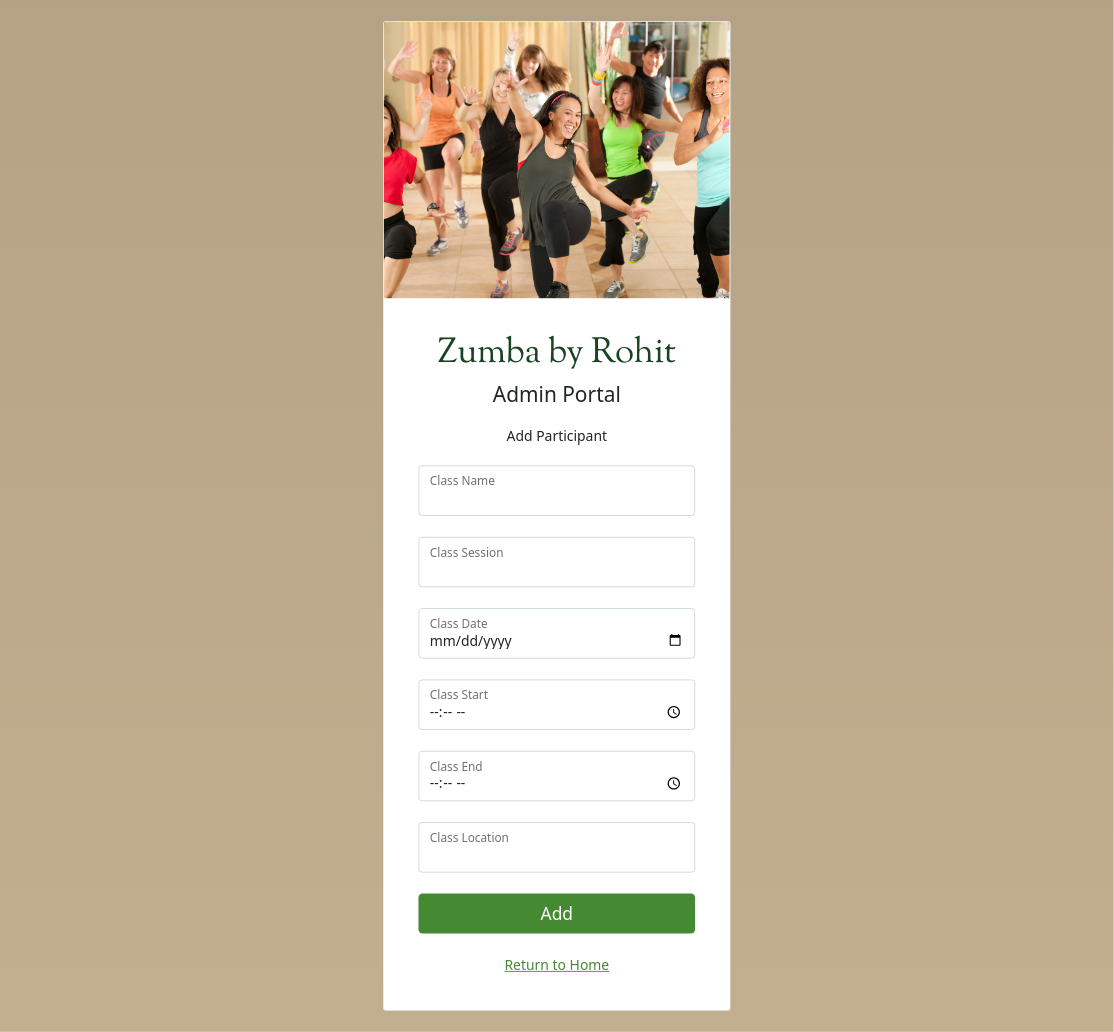
Repository: ronetteguevara/CalTech-ZumbaApp
Page: ZumbaApp/ZumbaApp/src/main/webapp/add-class.html
An editor plug-in stored every save of this project. The page is shown before and after the next save, followed by the edit.
The browser window is 1280 px wide. The pictures show the whole page, at 87% of full size.

Above is the page before, as saved 2024-05-01 01:02:56.

### ZumbaApp/ZumbaApp/src/main/webapp/add-class.html
<!DOCTYPE html>
<html>
<head>
<meta charset="UTF-8">
<title>Add Class</title>
<link rel="stylesheet" href="css/bootstrap.css"></link>
<link rel="stylesheet" href="style.css"></link>
</head>
<body class="gradient-background">

	<div class="my-4 d-flex justify-content-center col-xl-12 col-lg-12 col-md-12 col-sm-12 col-12" data-new-gr-c-s-check-loaded="14.1169.0" data-gr-ext-installed="">
	<main class="form-signin d-flex justify-content-center">
	<form action="   " method="post">
		<div class="card" style="width: 25rem;">
			<img src="assets/Add_Class.png" class="card-img-top" alt="Rohit smiling">
		<div class="card-body text-center">
			<h1 class="mt-4 mb-2 fw-normal text-center">Zumba by Rohit</h1>
			<h4 class="mb-4 fw-normal text-center">Admin Portal</h4>
			<h6 class="mb-4 fw-normal text-center">Add Participant</h6>
			<div class="form-floating mx-4 my-4">
				<input type="text" name="txtClassName" class="form-control">
				<label for="floatingInput">Class Name</label>
			</div>

			<div class="form-floating mx-4 my-4">
				<input type="text" name="txtSession" class="form-control">
				<label for="floatingPassword">Class Session</label>
			</div>

			<div class="form-floating mx-4 my-4">
				<input type="date" name="txtClassDate" class="form-control">
				<label for="floatingPassword">Class Date</label>
			</div>

			<div class="form-floating mx-4 my-4">
				<input type="time" name="txtClassStart" class="form-control">
				<label for="floatingPassword">Class Start</label>
			</div>

			<div class="form-floating mx-4 my-4">
				<input type="time" name="txtClassEnd" class="form-control">
				<label for="floatingPassword">Class End</label>
			</div>

			<div class="form-floating mx-4 my-4">
				<input type="text" name="txtClassLocation" class="form-control">
				<label for="floatingPassword">Class Location</label>
			</div>

			<div class="mx-4 my-4">
			<button class="w-100 btn btn-lg btn-primary button" type="submit">Add</button>
			</div>
			<div class="my-4">
			<a href="Home">Return to Home</a>
			</div>
		</div>
		</div>
    </form>
    </main>
    </div>
</body>
</html>

### ZumbaApp/ZumbaApp/src/main/webapp/style.css
@charset "UTF-8";

.button {
  background-color: #458933;
  border: none;
}

.button:hover {
  background-color: #82c360;
}

a {
  color: #458933;
}

a:hover {
 color: #82c360;
}

a:visited {
  color: #1a4324;
}

h1 {
	font-family: Sorts-Mill-Goudy-Regular;
	color: #1a4324;
}

@font-face {
  font-family: "Sorts-Mill-Goudy-Italic";
  src: url(/assets/Fonts/SortsMillGoudy-Italic.ttf);
}

@font-face {
  font-family: "Sorts-Mill-Goudy-Regular";
  src: url(/assets/Fonts/SortsMillGoudy-Regular.ttf);
}

.gradient-background {
  background: linear-gradient(0deg, #f2e5b9, #b8a588, #774c24);
  background-size: 1000% 1000%;

  -webkit-animation: AnimationName 8s ease infinite;
  -moz-animation: AnimationName 8s ease infinite;
  animation: AnimationName 8s ease infinite;
}

@-webkit-keyframes AnimationName {
  0%{background-position:0% 35%}
  50%{background-position:100% 66%}
  100%{background-position:0% 35%}
}
@-moz-keyframes AnimationName {
  0%{background-position:0% 35%}
  50%{background-position:100% 66%}
  100%{background-position:0% 35%}
}
@keyframes AnimationName {
  0%{background-position:0% 35%}
  50%{background-position:100% 66%}
  100%{background-position:0% 35%}

}

Loaded but not shown: ZumbaApp/ZumbaApp/src/main/webapp/css/bootstrap.css (library)

After the next save:
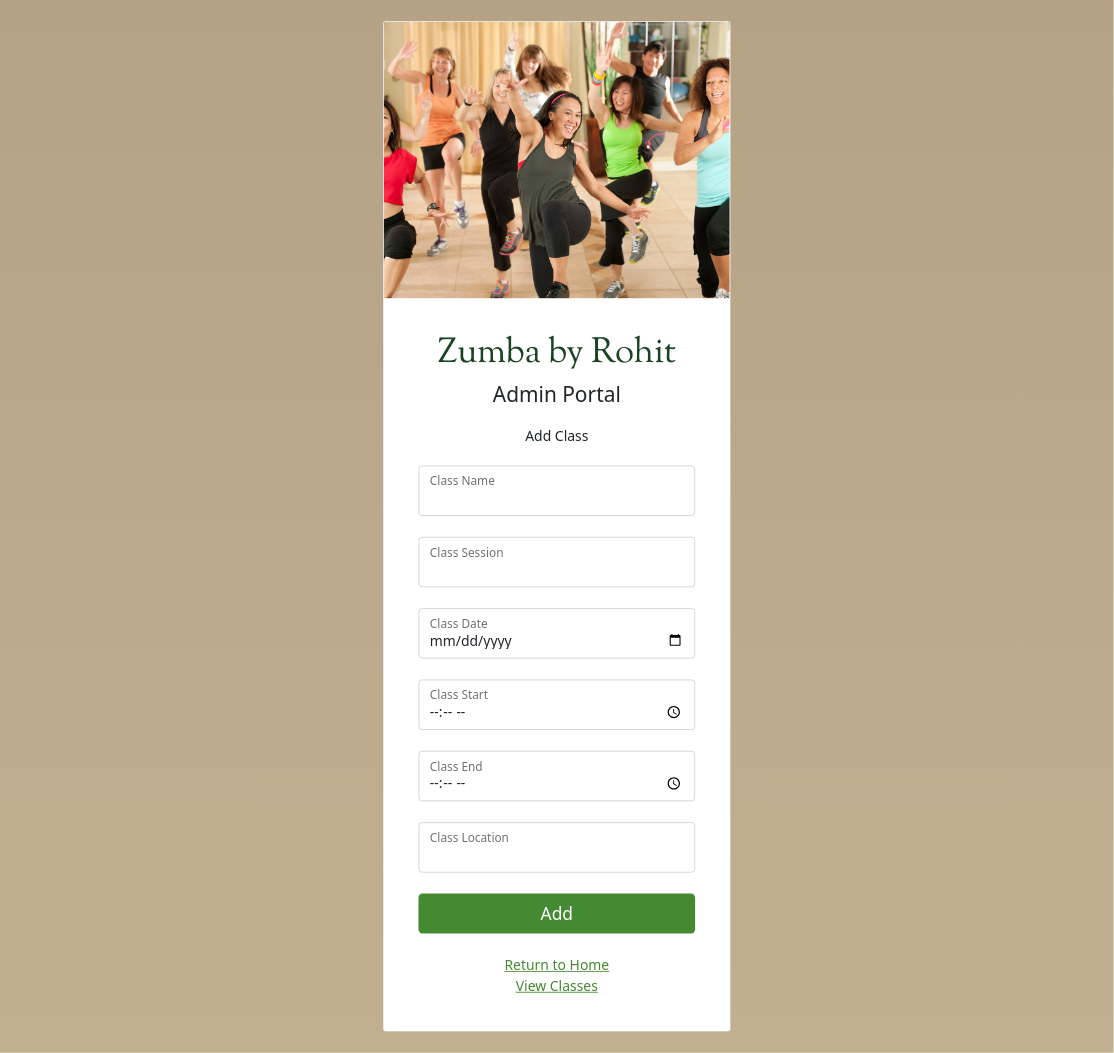
Saved 111 s later.
--- a/ZumbaApp/ZumbaApp/src/main/webapp/add-class.html
+++ b/ZumbaApp/ZumbaApp/src/main/webapp/add-class.html
@@ -16,7 +16,7 @@
 		<div class="card-body text-center">
 			<h1 class="mt-4 mb-2 fw-normal text-center">Zumba by Rohit</h1>
 			<h4 class="mb-4 fw-normal text-center">Admin Portal</h4>
-			<h6 class="mb-4 fw-normal text-center">Add Participant</h6>
+			<h6 class="mb-4 fw-normal text-center">Add Class</h6>
 			<div class="form-floating mx-4 my-4">
 				<input type="text" name="txtClassName" class="form-control">
 				<label for="floatingInput">Class Name</label>
@@ -51,7 +51,8 @@
 			<button class="w-100 btn btn-lg btn-primary button" type="submit">Add</button>
 			</div>
 			<div class="my-4">
-			<a href="Home">Return to Home</a>
+			<a href="Home">Return to Home</a><br>
+			<a href="Home">View Classes</a>
 			</div>
 		</div>
 		</div>
